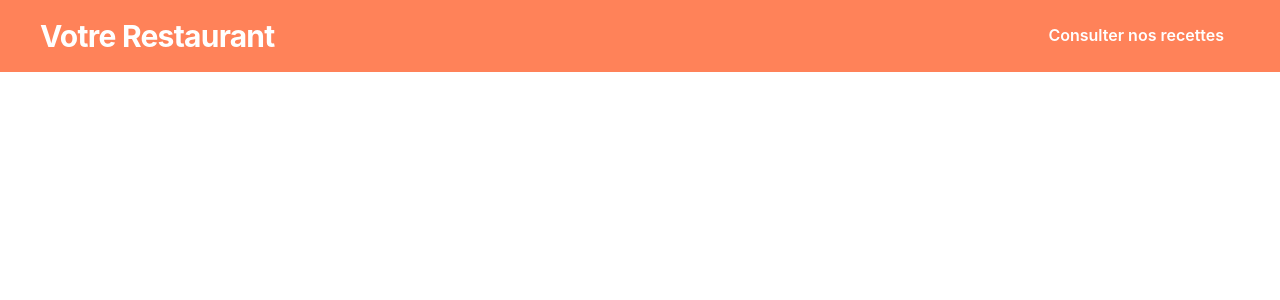
Repository: Ecaron76/tp-restau-next
Page: /
An editor plug-in stored every save of this project. The page is shown before and after the next save, followed by the edit.
The browser window is 1280 px wide. The pictures show the whole page.
The project was rebuilt for these pictures with package versions that can differ from the ones it lists, and the page was loaded fresh each time. The framework's server and built-in components were replaced by stand-ins that run in the browser. Also part of the build but not shown: next.config.mjs.

Above is the page before, as saved 2024-02-25 17:58:36.

### src/app/layout.tsx
'use client'

import { Inter } from "next/font/google";
import "./globals.css";
import { ChakraProvider, extendTheme  } from '@chakra-ui/react'
const theme = extendTheme({
  colors: {
    brand: {
      50: '#ffeee6',
      100: '#ffc7b7',
      200: '#ffa788',
      300: '#ff8259',
      400: '#ff5b29',
      500: '#ff3300',
      600: '#cc2900',
      700: '#991f00',
      800: '#661600',
      900: '#330c00',
    },
  },
});



export function Providers({ children }: { children: React.ReactNode }) {
  return <ChakraProvider theme={theme}>{children}</ChakraProvider>
}

export default function RootLayout({
  children,
}: Readonly<{
  children: React.ReactNode;
}>) {
  return (
    <html lang="en">
      <body>
        <Providers>{children}</Providers>
      </body>
    </html>
  );
}

### src/app/page.tsx
import Image from "next/image";
import styles from "./page.module.css";
import Header from "@/components/Header/Header";

export default function Home() {
  return (
    <main >
      <Header/>
    </main>
  );
}

### src/app/globals.css
:root {
  --max-width: 1100px;
  --border-radius: 12px;
  --font-mono: ui-monospace, Menlo, Monaco, "Cascadia Mono", "Segoe UI Mono",
    "Roboto Mono", "Oxygen Mono", "Ubuntu Monospace", "Source Code Pro",
    "Fira Mono", "Droid Sans Mono", "Courier New", monospace;

  --foreground-rgb: 0, 0, 0;
  --background-start-rgb: 214, 219, 220;
  --background-end-rgb: 255, 255, 255;

  --primary-glow: conic-gradient(
    from 180deg at 50% 50%,
    #16abff33 0deg,
    #0885ff33 55deg,
    #54d6ff33 120deg,
    #0071ff33 160deg,
    transparent 360deg
  );
  --secondary-glow: radial-gradient(
    rgba(255, 255, 255, 1),
    rgba(255, 255, 255, 0)
  );

  --tile-start-rgb: 239, 245, 249;
  --tile-end-rgb: 228, 232, 233;
  --tile-border: conic-gradient(
    #00000080,
    #00000040,
    #00000030,
    #00000020,
    #00000010,
    #00000010,
    #00000080
  );

  --callout-rgb: 238, 240, 241;
  --callout-border-rgb: 172, 175, 176;
  --card-rgb: 180, 185, 188;
  --card-border-rgb: 131, 134, 135;
}

@media (prefers-color-scheme: dark) {
  :root {
    --foreground-rgb: 255, 255, 255;
    --background-start-rgb: 0, 0, 0;
    --background-end-rgb: 0, 0, 0;

    --primary-glow: radial-gradient(rgba(1, 65, 255, 0.4), rgba(1, 65, 255, 0));
    --secondary-glow: linear-gradient(
      to bottom right,
      rgba(1, 65, 255, 0),
      rgba(1, 65, 255, 0),
      rgba(1, 65, 255, 0.3)
    );

    --tile-start-rgb: 2, 13, 46;
    --tile-end-rgb: 2, 5, 19;
    --tile-border: conic-gradient(
      #ffffff80,
      #ffffff40,
      #ffffff30,
      #ffffff20,
      #ffffff10,
      #ffffff10,
      #ffffff80
    );

    --callout-rgb: 20, 20, 20;
    --callout-border-rgb: 108, 108, 108;
    --card-rgb: 100, 100, 100;
    --card-border-rgb: 200, 200, 200;
  }
}

* {
  box-sizing: border-box;
  padding: 0;
  margin: 0;
}

html,
body {

  overflow-x: hidden;
}

body {
  color: rgb(var(--foreground-rgb));
  background: linear-gradient(
      to bottom,
      transparent,
      rgb(var(--background-end-rgb))
    )
    rgb(var(--background-start-rgb));
}

a {
  color: inherit;
  text-decoration: none;
}

@media (prefers-color-scheme: dark) {
  html {
    color-scheme: dark;
  }
}

### src/components/Header/Header.tsx
import { Box, Flex, Heading, Spacer, Button } from '@chakra-ui/react';
import NextLink from 'next/link'; // Pour gérer la navigation entre les pages

const Header = () => {
  return (
    <Box bg="brand.300" p={4} color="white">
      <Flex alignItems="center" maxW="1200px" mx="auto">
        {/* Logo ou Nom du restaurant */}
        <Heading as="h1" size="lg" letterSpacing="tight">
          <NextLink href="/" passHref>

              Votre Restaurant

          </NextLink>
        </Heading>

        <Spacer />

        {/* Liens de navigation */}
        <Box>
          <NextLink href="/recettes" passHref>
            <Button  variant="ghost" color={'white'}>
              Consulter nos recettes
            </Button>
          </NextLink>
        </Box>
      </Flex>
    </Box>
  );
};

export default Header;

After the next save:
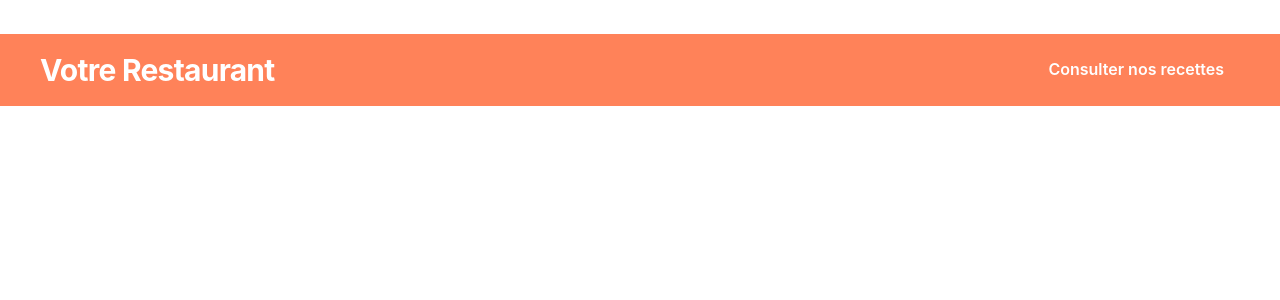
Saved 14 s later.
--- a/src/app/layout.tsx
+++ b/src/app/layout.tsx
@@ -3,6 +3,7 @@
 import { Inter } from "next/font/google";
 import "./globals.css";
 import { ChakraProvider, extendTheme  } from '@chakra-ui/react'
+import Header from "@/components/Header/Header";
 const theme = extendTheme({
   colors: {
     brand: {
@@ -34,6 +35,7 @@ export default function RootLayout({
   return (
     <html lang="en">
       <body>
+        <Header/>
         <Providers>{children}</Providers>
       </body>
     </html>
